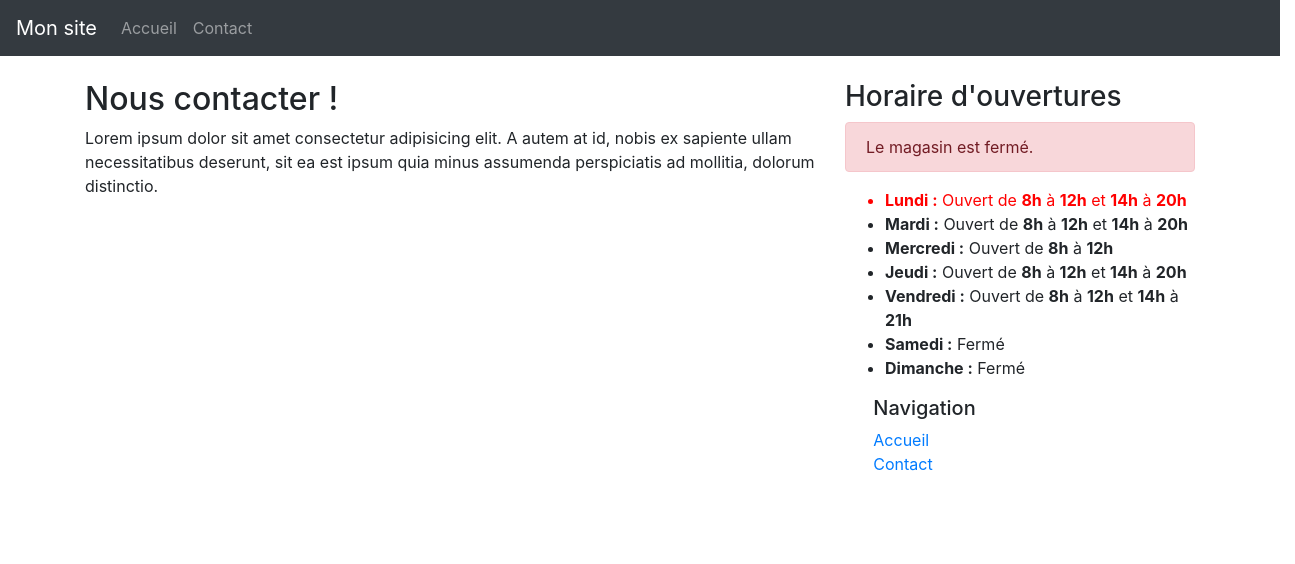
Repository: Alex-Serky/Backend_PHP
Page: http://localhost/contact.php
These files come from the project's save history. The page is drawn as it stood at one moment and after the next save; the edit follows.
The browser window is 1280 px wide. The page is 1295 px wide, so the pictures cover 1295 px, including what lies to the right of the window. The pictures show the whole page.
Some web libraries are served in a nearby version. The page is run by PHP 8.4 with error messages shown; the project is at /var/www/html/.

Above is the page before, as saved 2020-07-20 23:05:48.

After the next save:
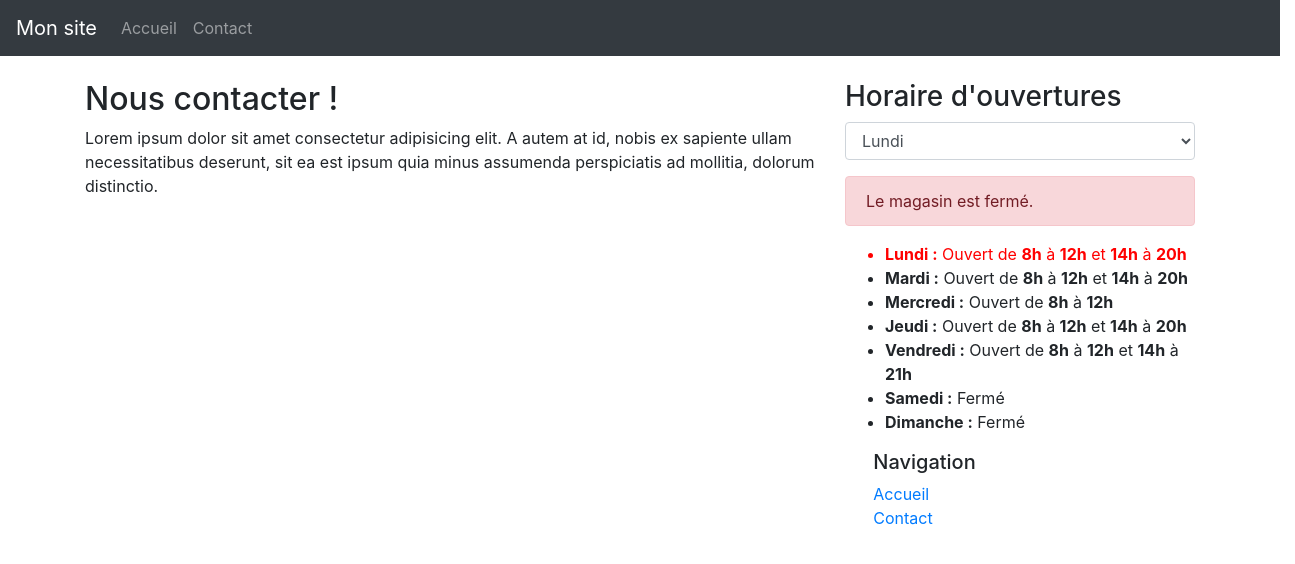
Saved 12 min 28 s later.
--- a/contact.php
+++ b/contact.php
@@ -24,6 +24,17 @@ require 'header.php';
     </div>
     <div class="col-md-4">
         <h3>Horaire d'ouvertures</h3>
+
+        <form action="" method="GET">
+            <div class="form-group">
+                <select name="jour" class="form-control">
+                    <?php foreach (JOURS as $k => $jour): ?>
+                        <option value="<?= $k ?>"><?= $jour ?></option>
+                    <?php endforeach; ?>
+                </select>
+            </div>
+        </form>
+
         <?php if($ouvert): ?>
             <div class="alert alert-success">
                 Le magasin est ouvert.
